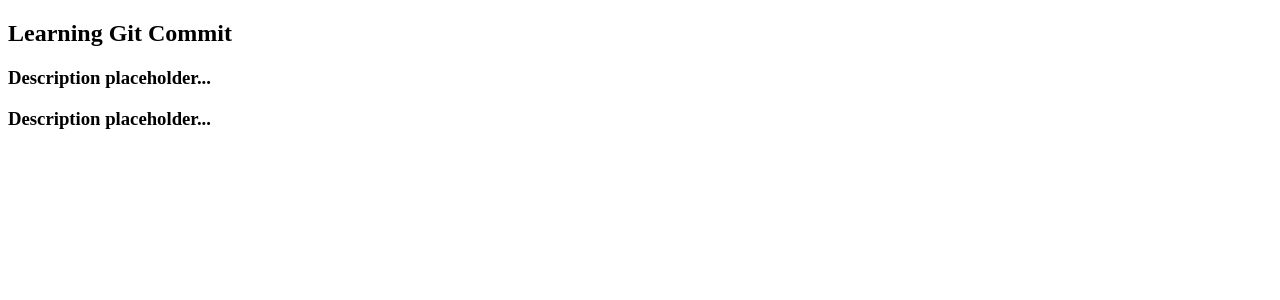
Repository: raksmeycoding/learn-git-command-and-test
Page: index.html
These files come from the project's save history. The page is drawn as it stood at one moment and after the next save; the edit follows.
The browser window is 1280 px wide. The pictures show the whole page.

Above is the page before, as saved 2024-01-04 21:51:58.

After the next save:
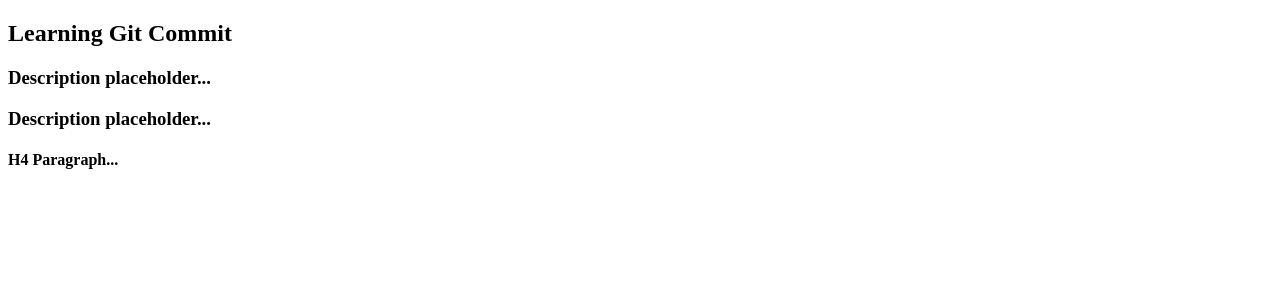
Saved 94 min 42 s later.
--- a/index.html
+++ b/index.html
@@ -12,5 +12,6 @@
     <h2>Learning Git Commit</h2>
     <h3>Description placeholder...</h3>
     <h3>Description placeholder...</h3>
+    <h4>H4 Paragraph...</h4>
   </body>
 </html>
